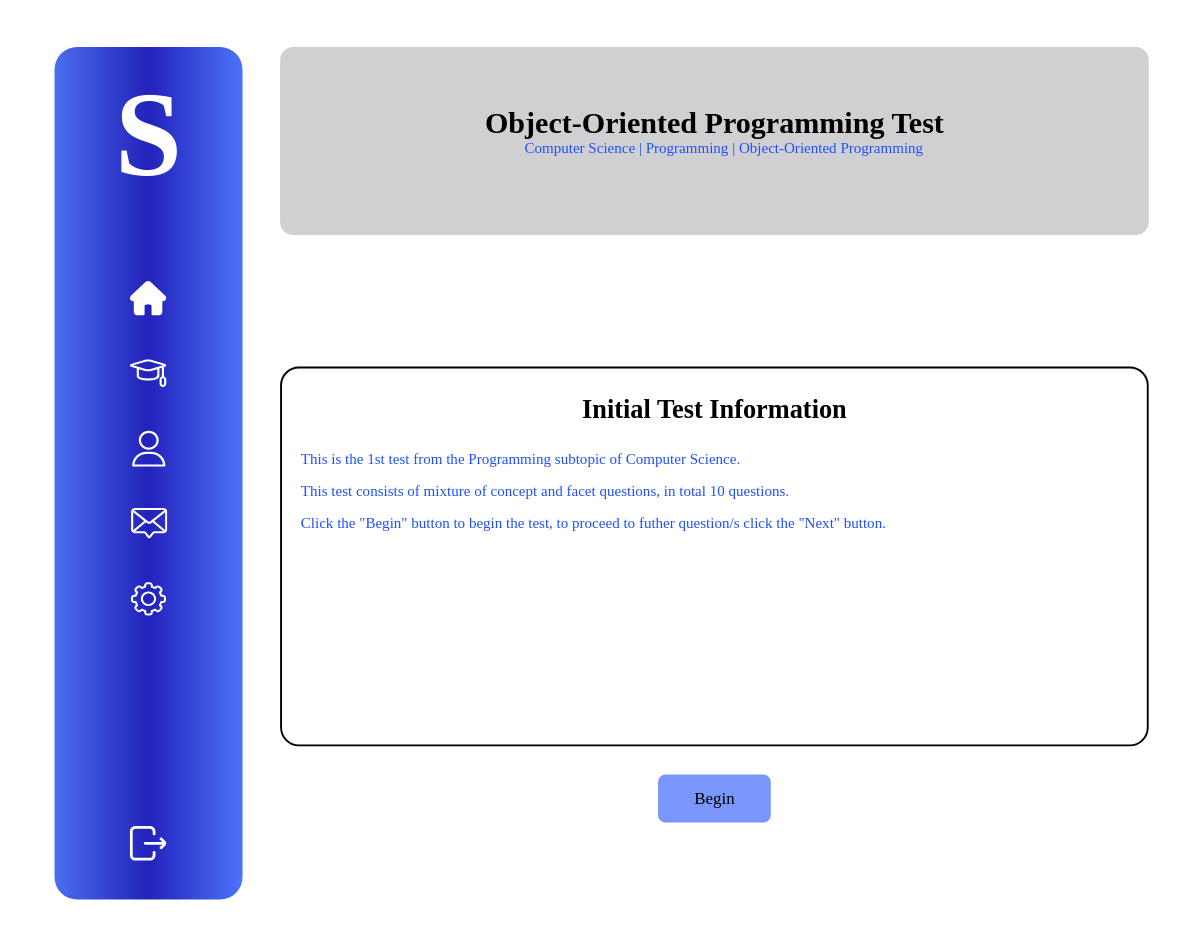
Repository: rafalzacher1/smartify-interface
Page: test.html
An editor plug-in stored every save of this project. The page is shown before and after a run of saves, followed by the edit.
The browser window is 1280 px wide. The pictures show the whole page, at 94% of full size.
Some web fonts or font styles are not loaded; a fallback is used.

Above is the page before, as saved 2022-07-01 01:01:13.

After the next 2 saves:
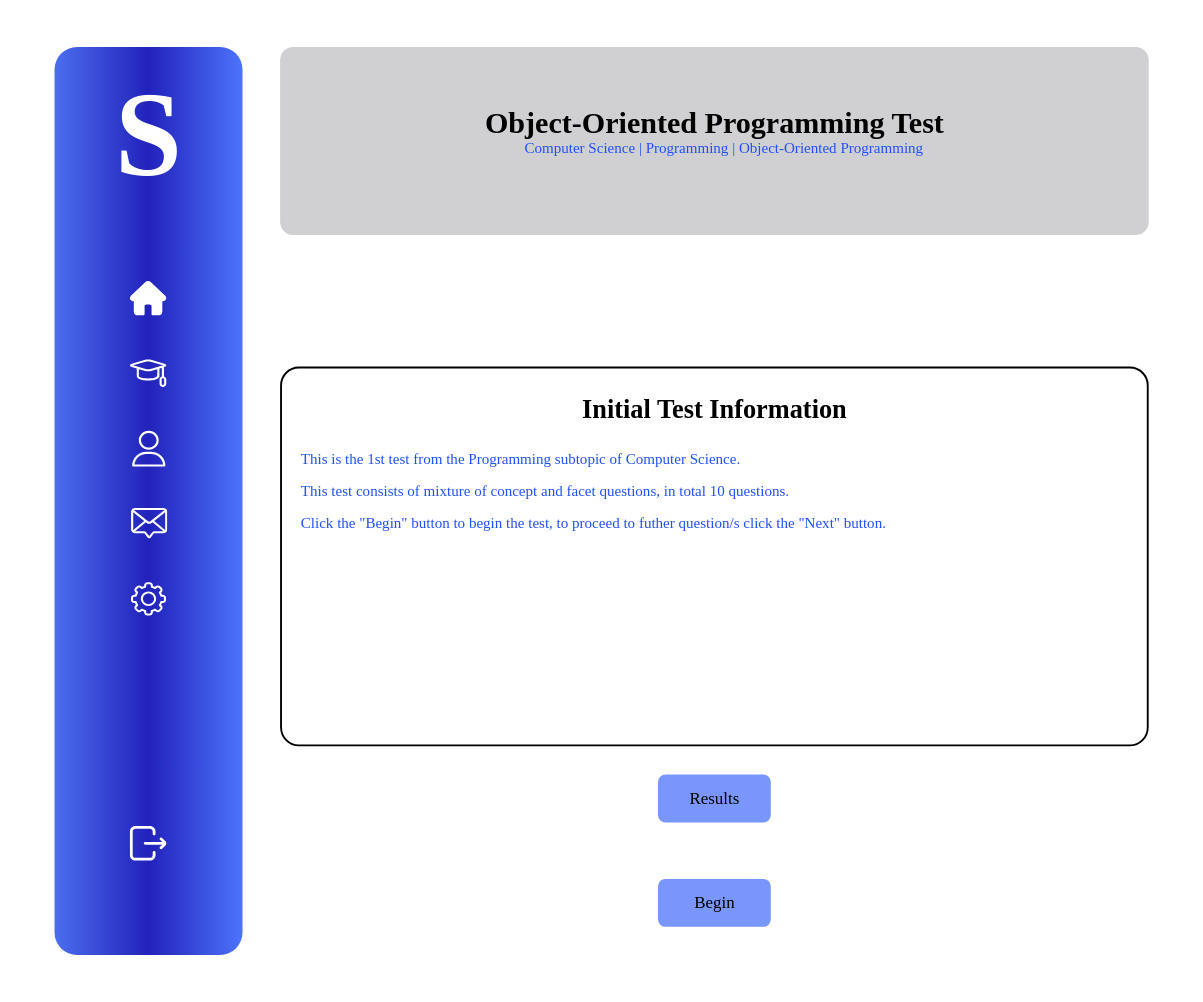
The 2 saves are shown as one change because they came seconds apart.
The last was saved 118 s later.
--- a/test.html
+++ b/test.html
@@ -110,11 +110,11 @@
 
             <div id="results" style="display: none;">
                 <h3>Results</h3>
+            </div>
 
-                <div id="go-back">
-                    <button id="return-button" class="question-option"
-                        onclick="document.location='./topic.html'">Results</button>
-                </div>
+            <div id="go-back">
+                <button id="return-button" class="question-option"
+                    onclick="document.location='./topic.html'">Results</button>
             </div>
 
             <div id="progress-container">

After the 2 saves that followed:
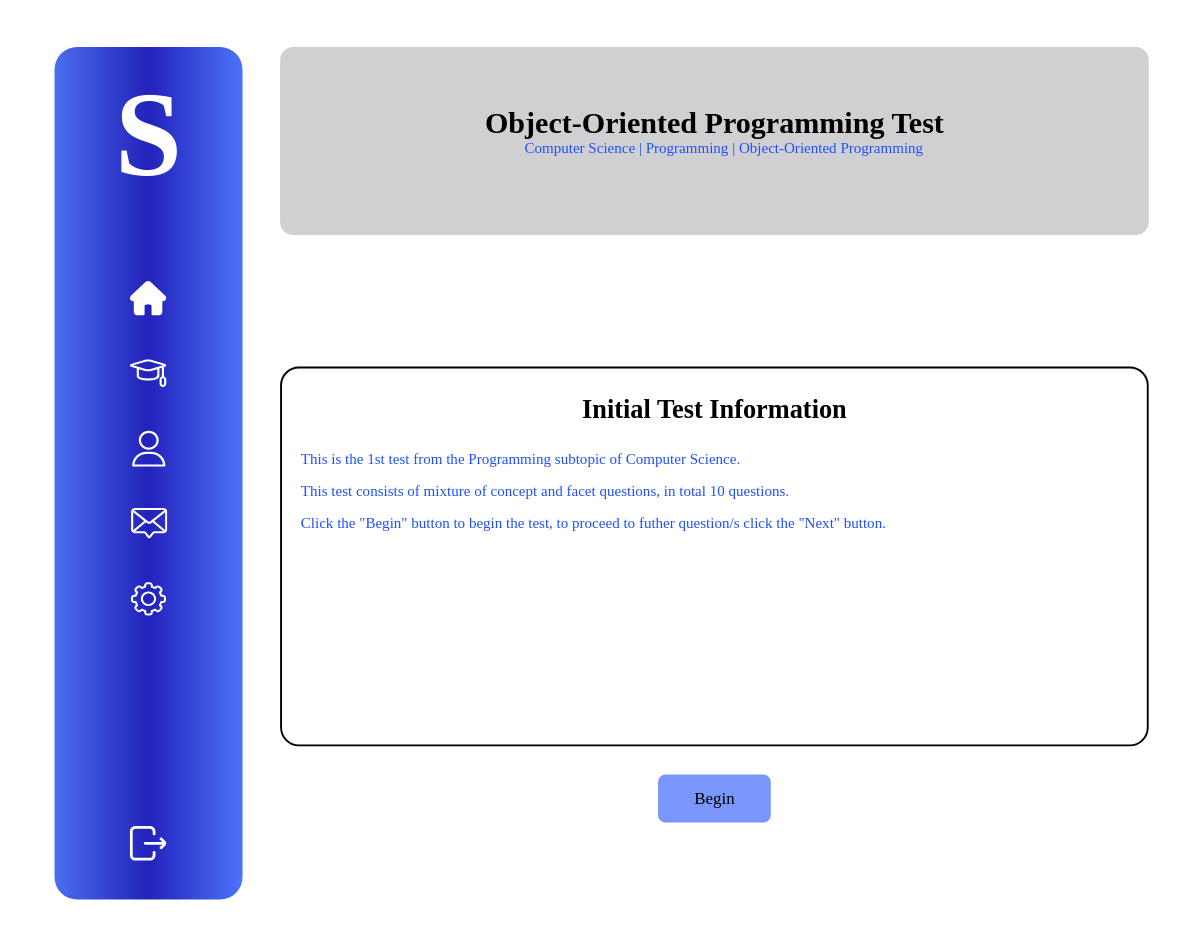
The 2 saves are shown as one change because 1 left the picture as it was.
The last was saved 18 s later.
--- a/test.html
+++ b/test.html
@@ -112,7 +112,7 @@
                 <h3>Results</h3>
             </div>
 
-            <div id="go-back">
+            <div id="go-back" style="display: none;">
                 <button id="return-button" class="question-option"
                     onclick="document.location='./topic.html'">Results</button>
             </div>
